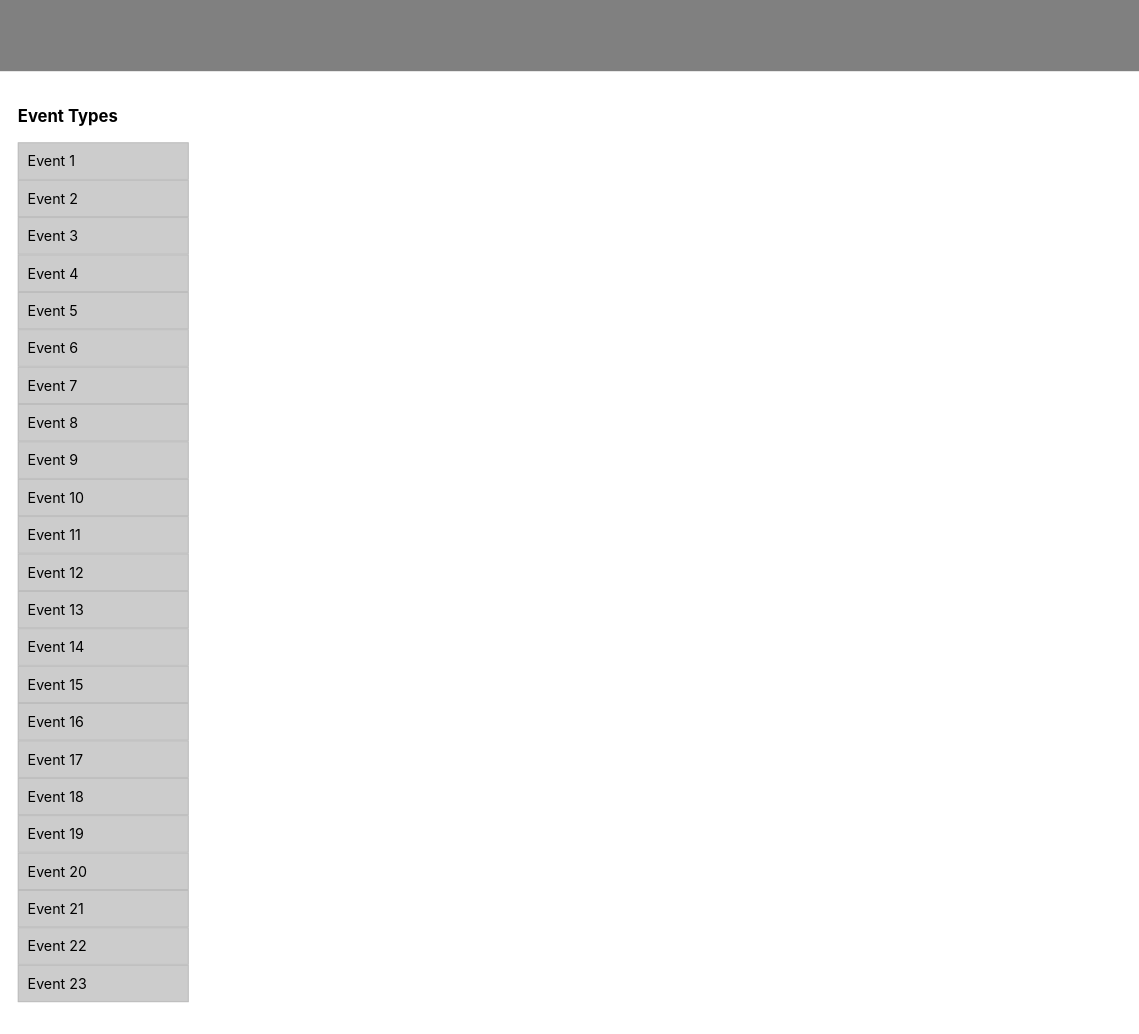
Repository: TauqeerHusain/Assignment
Page: /
An editor plug-in stored every save of this project. The page is shown before and after the next save, followed by the edit.
The browser window is 1280 px wide. The pictures show the whole page, at 89% of full size.
The project was rebuilt for these pictures with package versions that can differ from the ones it lists, and the page was loaded fresh each time.

Above is the page before, as saved 2023-02-07 10:52:25.

After the next save:
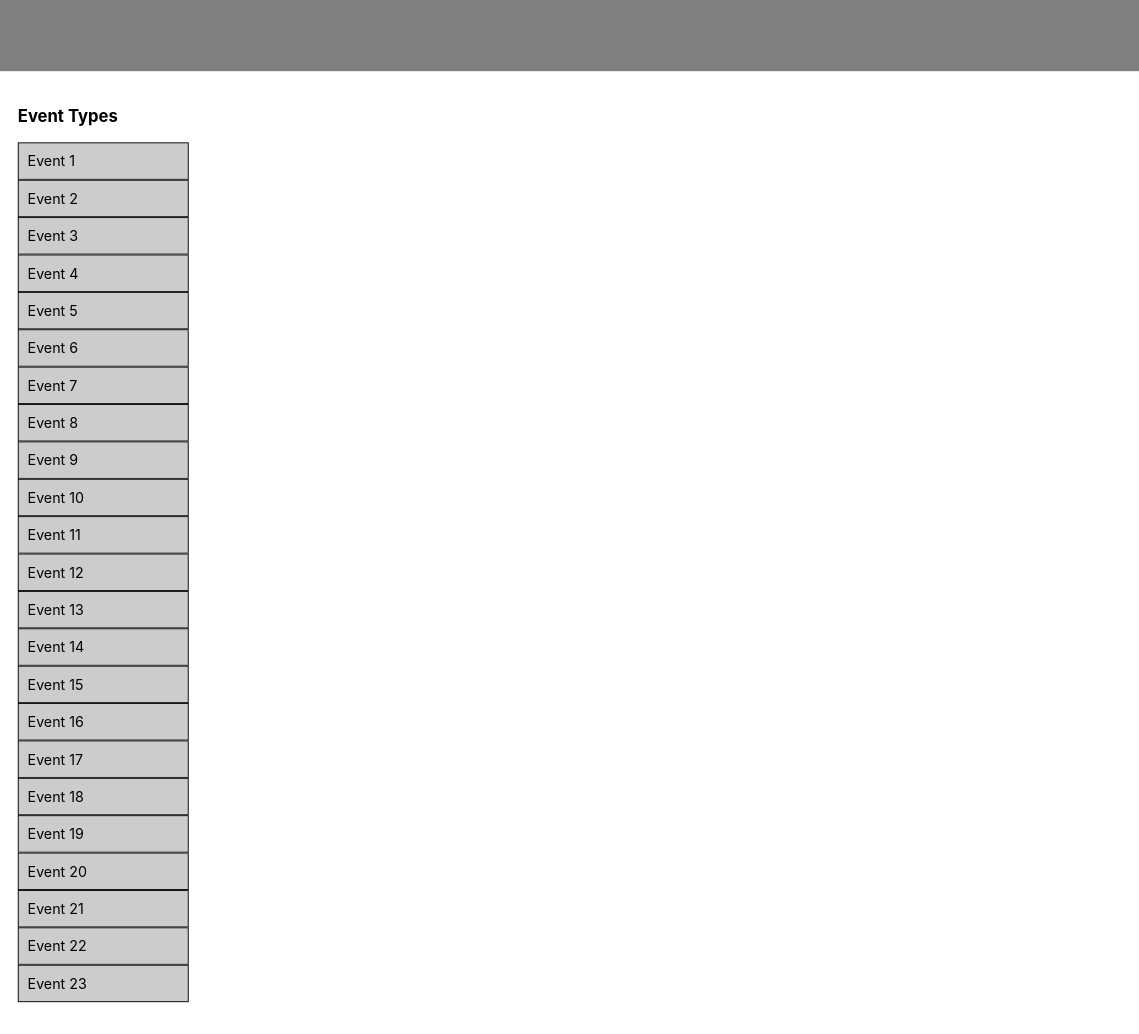
Saved 6 s later.
--- a/src/App.js
+++ b/src/App.js
@@ -229,7 +229,7 @@ const App = () => {
                       ? "skyblue"
                       : "#ccc"
                     : "#ccc",
-                  border: "1px solid #bbb",
+                  border: "1px solid #000",
                 }}
                 onClick={() => {
                   if (!openTabs.includes(event.name)) {
